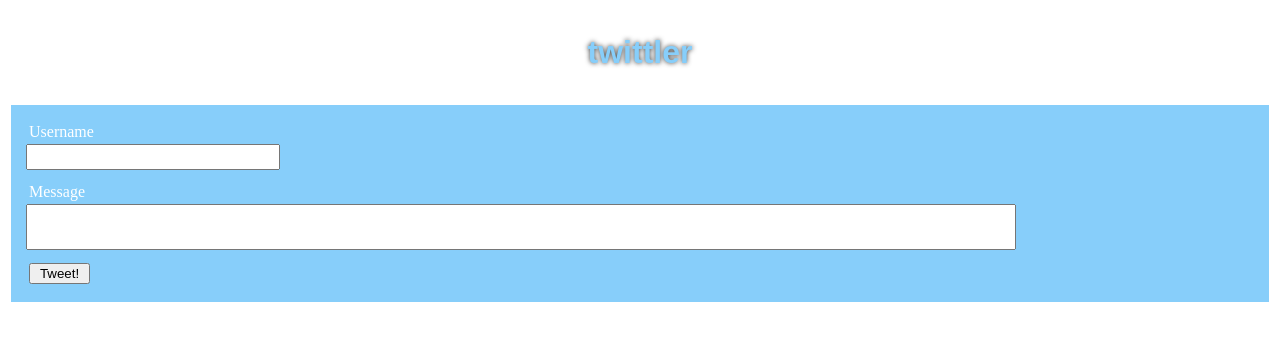
Repository: rlatlswo135/my_workstation
Page: im-sprint-twittler-master/index.html
An editor plug-in stored every save of this project. The page is shown before and after the next save, followed by the edit.
The browser window is 1280 px wide. The pictures show the whole page.

Above is the page before, as saved 2021-05-27 14:50:07.
Console error: TypeError: Cannot set properties of null (setting 'innerHTML')

After the next save:
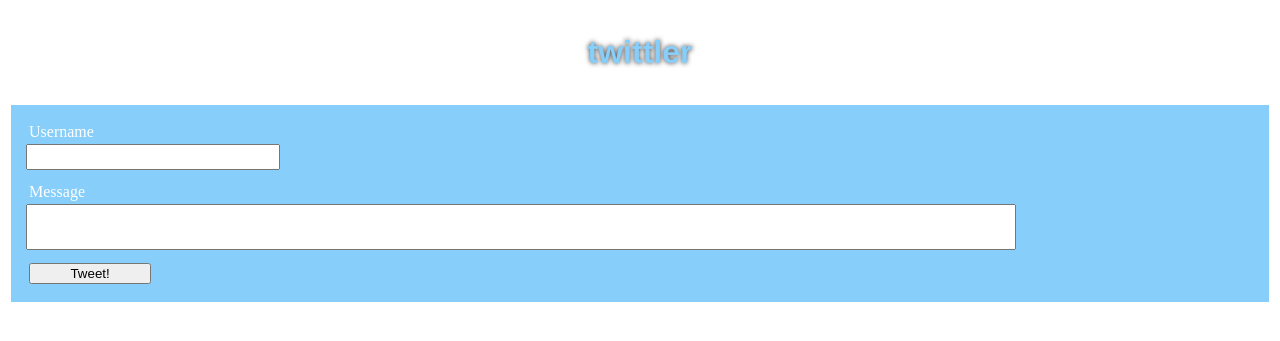
Saved 5 s later.
--- a/im-sprint-twittler-master/main.css
+++ b/im-sprint-twittler-master/main.css
@@ -32,5 +32,5 @@
   margin-bottom: 10px;
 }
 .TweetButton {
-  width: 5%;
+  width: 10%;
 }
